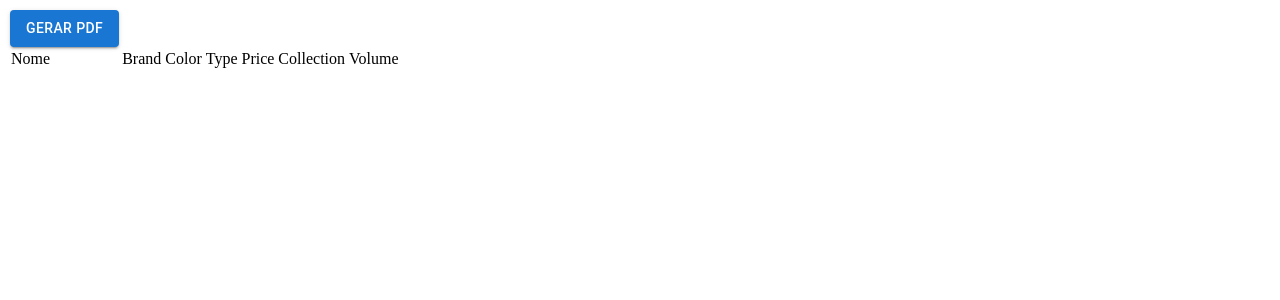
Repository: yasmimSM2007/aula08
Page: / (app in cliente/)
An editor plug-in stored every save of this project. The page is shown before and after a run of saves, followed by the edit.
The browser window is 1280 px wide. The pictures show the whole page.
The page's requests for data from a server got no answer. The project was rebuilt for these pictures with package versions that can differ from the ones it lists, and the page was loaded fresh each time. No one was signed in, and anything a server would have sent is missing. Also part of the build but not shown: cliente/src/pages/Registro.jsx, cliente/src/pages/Altera.jsx.

Above is the page before, as saved 2025-01-25 12:42:47.

After the next 2 saves:
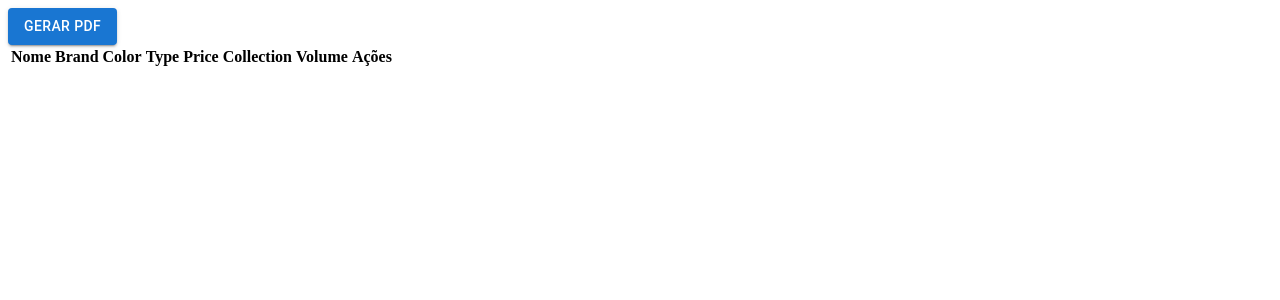
The 2 saves are shown as one change because 1 did not build or start.
The last was saved 5 min 27 s later.
--- a/cliente/src/pages/Home.jsx
+++ b/cliente/src/pages/Home.jsx
@@ -55,36 +55,58 @@
 
   return (
     <div>
-    <table>
-    <Button variant = "contained" onClick={()=> exportarPDF()}>Gerar PDF</Button>
+  <Button variant="contained" onClick={() => exportarPDF()}>
+    Gerar PDF
+  </Button>
+  <table>
+    <thead>
       <tr>
-        <td>Nome</td>
-        <td>Brand</td>
-        <td>Color</td>
-        <td>Type</td>
-        <td>Price</td>
-        <td>Collection</td>
-        <td>Volume</td>
+        <th>Nome</th>
+        <th>Brand</th>
+        <th>Color</th>
+        <th>Type</th>
+        <th>Price</th>
+        <th>Collection</th>
+        <th>Volume</th>
+        <th>Ações</th>
       </tr>
-      {esmaltes.map((esmaltes) =>
-        <tr key={esmaltes.id}>
-          <td>{esmaltes.nome}</td>
-          <td>{esmaltes.brand}</td>
-          <td>{esmaltes.color}</td>
-          <td>{esmaltes.type}</td>
-          <td>{esmaltes.price}</td>
-          <td>{esmaltes.collection}</td>
-          <td>{esmaltes.volume}</td>
-          <td><button onClick={() => removerEsmalte(esmaltes.id)}>
-            <DeleteForever/>
-          </button>
-          <Link to={'/alterar/' + esmaltes.id}>
-          <button>Alterar</button>
-          </Link>
+    </thead>
+    <tbody>
+      {esmaltes.map((esmalte) => (
+        <tr key={esmalte.id}>
+          <td>{esmalte.nome}</td>
+          <td>{esmalte.brand}</td>
+          <td>{esmalte.color}</td>
+          <td>{esmalte.type}</td>
+          <td>R$ {esmalte.price.toFixed(2)}</td>
+          <td>{esmalte.collection}</td>
+          <td>{esmalte.volume}</td>
+          <td>
+            <button
+              onClick={() => removerEsmalte(esmalte.id)}
+              style={{
+                backgroundColor: "transparent",
+                border: "none",
+                cursor: "pointer",
+                color: "red",
+              }}
+            >
+              <DeleteForever />
+            </button>
+            <Link to={`/alterar/${esmalte.id}`}>
+              <Button
+                variant="outlined"
+                color="secondary"
+                size="small"
+                style={{ marginLeft: "5px" }}
+              >
+                Alterar
+              </Button>
+            </Link>
           </td>
         </tr>
-      )}
-    </table>
-    </div>
-  );
-}
+      ))}
+    </tbody>
+  </table>
+</div>
+  )}

After the save that followed:
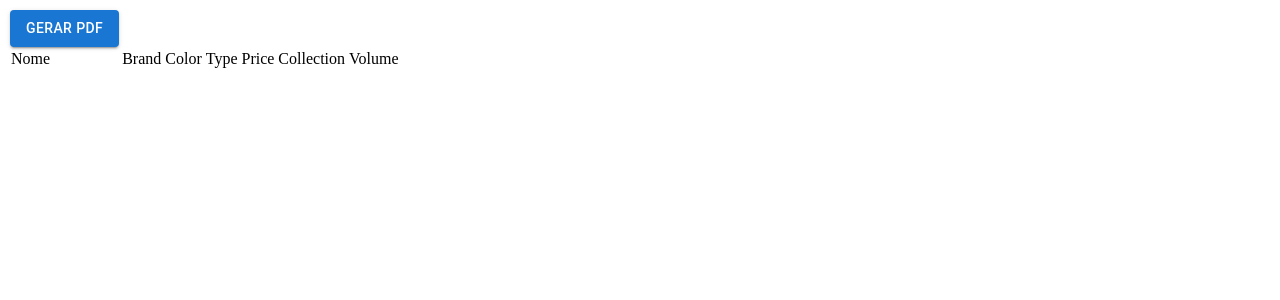
Saved 6 min 27 s later.
--- a/cliente/src/pages/Home.jsx
+++ b/cliente/src/pages/Home.jsx
@@ -55,58 +55,36 @@
 
   return (
     <div>
-  <Button variant="contained" onClick={() => exportarPDF()}>
-    Gerar PDF
-  </Button>
-  <table>
-    <thead>
+    <table>
+    <Button variant = "contained" onClick={()=> exportarPDF()}>Gerar PDF</Button>
       <tr>
-        <th>Nome</th>
-        <th>Brand</th>
-        <th>Color</th>
-        <th>Type</th>
-        <th>Price</th>
-        <th>Collection</th>
-        <th>Volume</th>
-        <th>Ações</th>
+        <td>Nome</td>
+        <td>Brand</td>
+        <td>Color</td>
+        <td>Type</td>
+        <td>Price</td>
+        <td>Collection</td>
+        <td>Volume</td>
       </tr>
-    </thead>
-    <tbody>
-      {esmaltes.map((esmalte) => (
-        <tr key={esmalte.id}>
-          <td>{esmalte.nome}</td>
-          <td>{esmalte.brand}</td>
-          <td>{esmalte.color}</td>
-          <td>{esmalte.type}</td>
-          <td>R$ {esmalte.price.toFixed(2)}</td>
-          <td>{esmalte.collection}</td>
-          <td>{esmalte.volume}</td>
-          <td>
-            <button
-              onClick={() => removerEsmalte(esmalte.id)}
-              style={{
-                backgroundColor: "transparent",
-                border: "none",
-                cursor: "pointer",
-                color: "red",
-              }}
-            >
-              <DeleteForever />
-            </button>
-            <Link to={`/alterar/${esmalte.id}`}>
-              <Button
-                variant="outlined"
-                color="secondary"
-                size="small"
-                style={{ marginLeft: "5px" }}
-              >
-                Alterar
-              </Button>
-            </Link>
+      {esmaltes.map((esmaltes) =>
+        <tr key={esmaltes.id}>
+          <td>{esmaltes.nome}</td>
+          <td>{esmaltes.brand}</td>
+          <td>{esmaltes.color}</td>
+          <td>{esmaltes.type}</td>
+          <td>{esmaltes.price}</td>
+          <td>{esmaltes.collection}</td>
+          <td>{esmaltes.volume}</td>
+          <td><button onClick={() => removerEsmalte(esmaltes.id)}>
+            <DeleteForever/>
+          </button>
+          <Link to={'/alterar/' + esmaltes.id}>
+          <button>Alterar</button>
+          </Link>
           </td>
         </tr>
-      ))}
-    </tbody>
-  </table>
-</div>
-  )}
+      )}
+    </table>
+    </div>
+  );
+}
